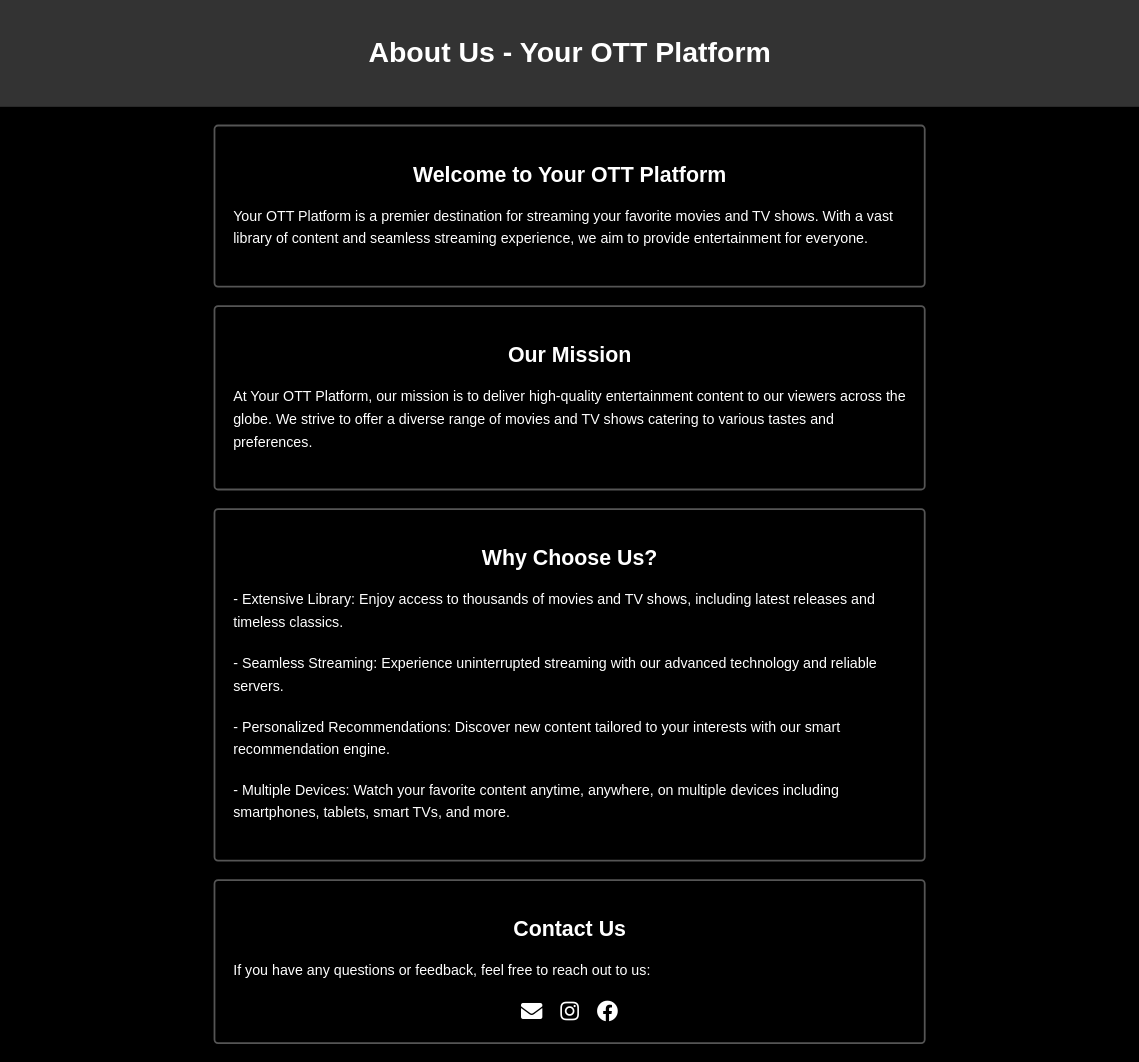
Repository: Ishanibmk/MOVIOT---An-OTT-Platform-using-Java-and-Springboot
Page: http://localhost/OTT/WEB-INF/view/about.jsp
An editor plug-in stored every save of this project. The page is shown before and after the next save, followed by the edit.
The browser window is 1280 px wide. The pictures show the whole page, at 89% of full size.
The page is served by Tomcat 9. Nobody is signed in. Other server files are loaded and not shown. The template is opened directly, without the code that normally fills it, so the values that code supplies are empty.

Above is the page before, as saved 2024-03-02 10:19:15.

### Moviot/MOVIOT-main/ott/OTT/src/main/webapp/WEB-INF/view/about.jsp
<!DOCTYPE html>
<html lang="en">
<head>
    <meta charset="UTF-8">
    <meta name="viewport" content="width=device-width, initial-scale=1.0">
    <title>About Us - Your OTT Platform</title>
    <!-- Include Font Awesome CSS -->
    <link rel="stylesheet" href="https://cdnjs.cloudflare.com/ajax/libs/font-awesome/5.15.4/css/all.min.css">
    <style>
        body {
            font-family: Arial, sans-serif;
            margin: 0;
            padding: 0;
            background-color: black;
            color: #fff;
        }
        header {
            background-color: #333;
            color: #fff;
            padding: 20px;
            text-align: center;
        }
        .container {
            max-width: 800px;
            margin: 20px auto;
            padding: 0 20px;
        }
        .category {
            background-color: black;
            padding: 20px;
            margin-top: 20px;
            border-radius: 5px;
            border: 2px solid #555; /* Grey border */
        }
        h1, h2, h3 {
            color: #fff;
            text-align: center;
        }
        p {
            line-height: 1.6;
            margin-bottom: 20px;
        }
        .contact-icons {
            display: flex;
            justify-content: center;
            margin-top: 10px;
        }
        .contact-icons a {
            color: #fff;
            margin: 0 10px;
            font-size: 24px;
        }
    </style>
</head>
<body>
    <header>
        <h1>About Us - Your OTT Platform</h1>
    </header>
    <div class="container">
        <div class="category">
            <h2>Welcome to Your OTT Platform</h2>
            <p>Your OTT Platform is a premier destination for streaming your favorite movies and TV shows. With a vast library of content and seamless streaming experience, we aim to provide entertainment for everyone.</p>
        </div>
        <div class="category">
            <h2>Our Mission</h2>
            <p>At Your OTT Platform, our mission is to deliver high-quality entertainment content to our viewers across the globe. We strive to offer a diverse range of movies and TV shows catering to various tastes and preferences.</p>
        </div>
        <div class="category">
            <h2>Why Choose Us?</h2>
            <p>- Extensive Library: Enjoy access to thousands of movies and TV shows, including latest releases and timeless classics.</p>
            <p>- Seamless Streaming: Experience uninterrupted streaming with our advanced technology and reliable servers.</p>
            <p>- Personalized Recommendations: Discover new content tailored to your interests with our smart recommendation engine.</p>
            <p>- Multiple Devices: Watch your favorite content anytime, anywhere, on multiple devices including smartphones, tablets, smart TVs, and more.</p>
        </div>
        <div class="category">
            <h2>Contact Us</h2>
            <p>If you have any questions or feedback, feel free to reach out to us:</p>
            <!-- Contact Icons -->
            <div class="contact-icons">
                <a href="mailto:info@yourottplatform.com"><i class="fas fa-envelope"></i></a>
                <a href="#"><i class="fab fa-instagram"></i></a>
                <a href="#"><i class="fab fa-facebook"></i></a>
                <!-- Add more icons as needed -->
            </div>
        </div>
    </div>
</body>
</html>

After the next save:
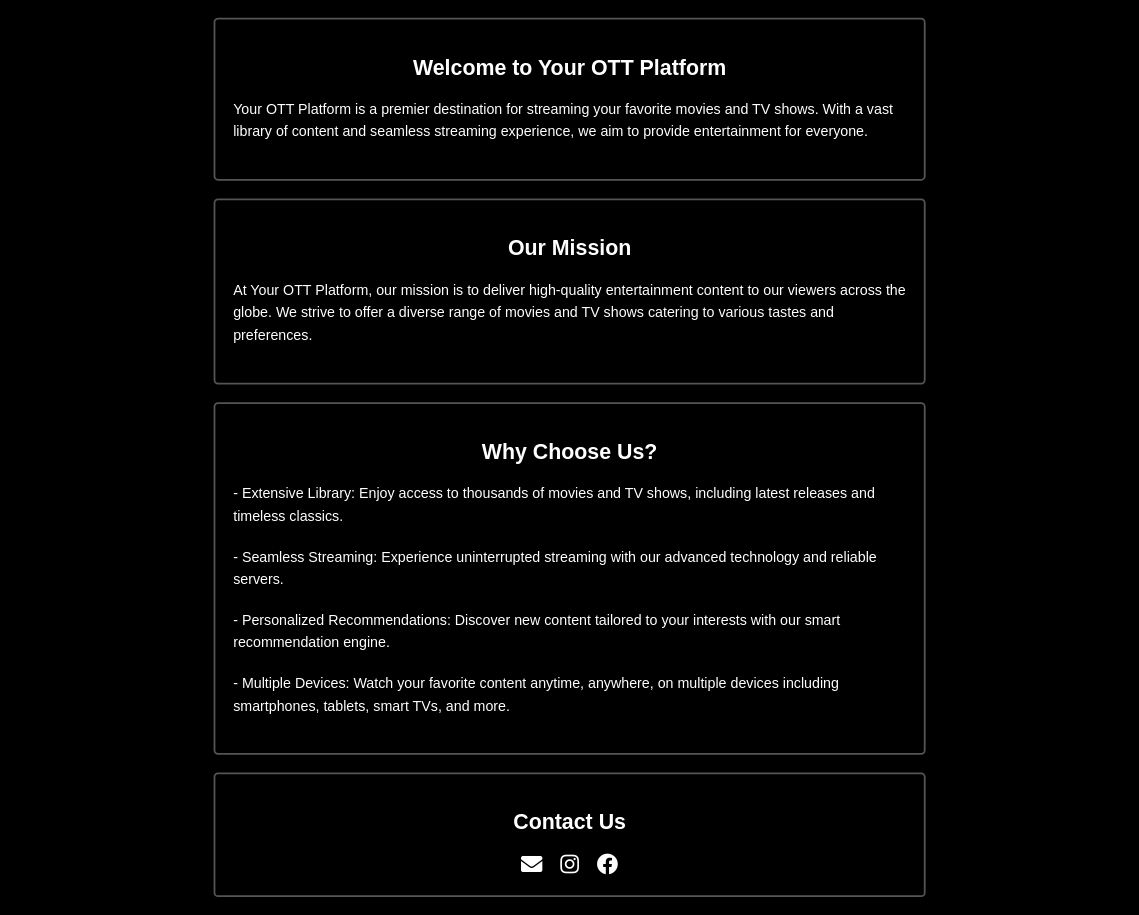
Saved 50 s later.
--- a/Moviot/MOVIOT-main/ott/OTT/src/main/webapp/WEB-INF/view/about.jsp
+++ b/Moviot/MOVIOT-main/ott/OTT/src/main/webapp/WEB-INF/view/about.jsp
@@ -53,9 +53,7 @@
     </style>
 </head>
 <body>
-    <header>
-        <h1>About Us - Your OTT Platform</h1>
-    </header>
+
     <div class="container">
         <div class="category">
             <h2>Welcome to Your OTT Platform</h2>
@@ -74,7 +72,6 @@
         </div>
         <div class="category">
             <h2>Contact Us</h2>
-            <p>If you have any questions or feedback, feel free to reach out to us:</p>
             <!-- Contact Icons -->
             <div class="contact-icons">
                 <a href="mailto:info@yourottplatform.com"><i class="fas fa-envelope"></i></a>
